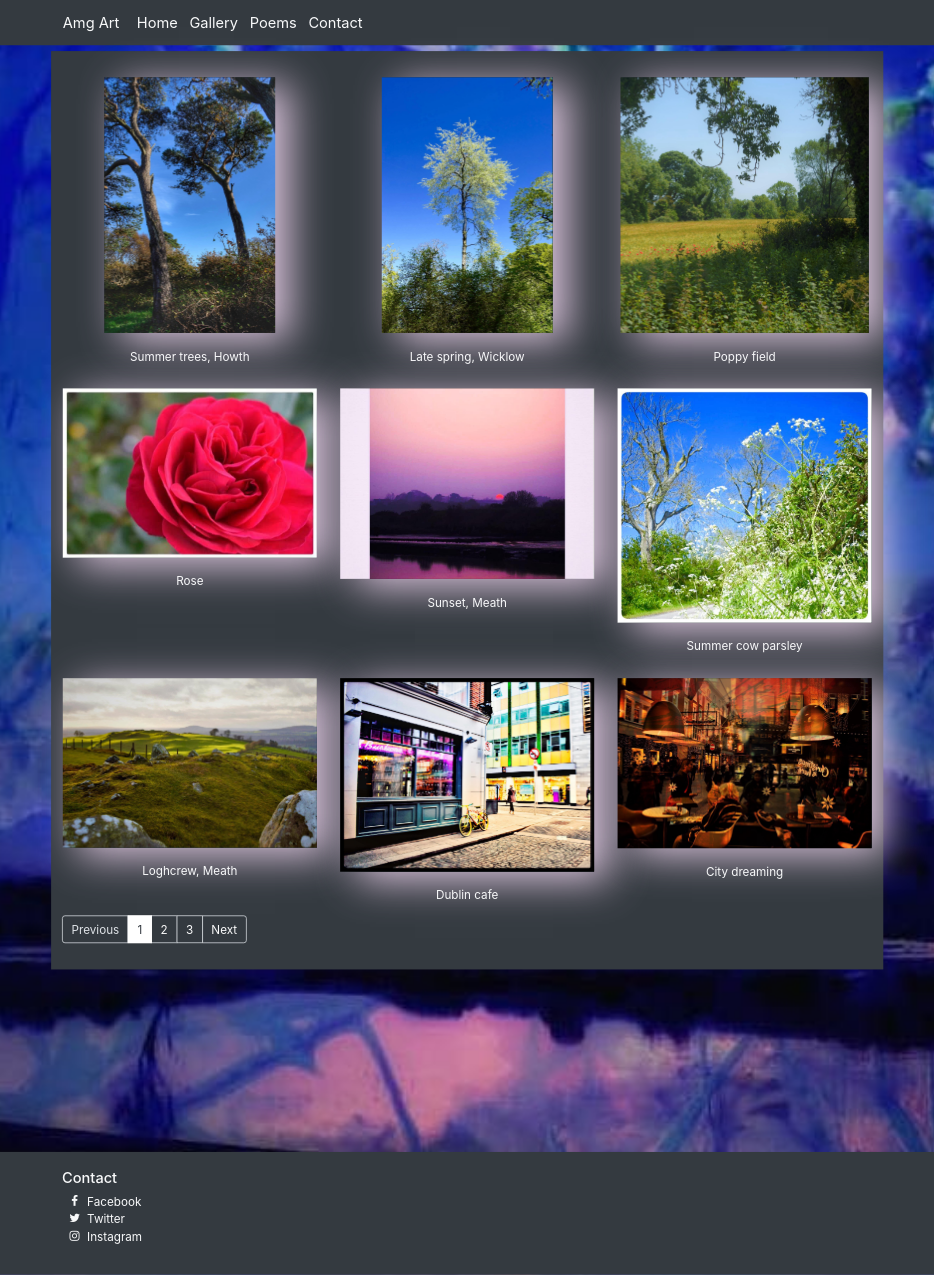
Repository: AllenGleeson/AmgArtGallery
Page: gallery1.html
The author's editor kept a record of every edit. The page is drawn from the files as they stood at one moment, then again after the next edit.
The browser window is 1280 px wide. The pictures show the whole page, at 73% of full size.

Above is the page before.

### gallery1.html
<!DOCTYPE html>
<html>

<head>
    <meta charset="UTF-8">
    <meta name="viewport" content="width=device-width, initial-scale=1.0">
    <meta http-equiv="X-UA-Compatible" content="ie=edge">
    <link rel="stylesheet" href="https://stackpath.bootstrapcdn.com/bootstrap/4.3.1/css/bootstrap.min.css" type="text/css" />
    <link rel="stylesheet" href="https://stackpath.bootstrapcdn.com/font-awesome/4.7.0/css/font-awesome.min.css" type="text/css" />
    <link rel="stylesheet" href="assets/css/style.css" type="text/css" />
</head>

<body>
    <header class="bg-dark mb-2">
        <nav class="navbar navbar-expand-sm navbar-light container">
            <a class="navbar-brand text-light" href="./index.html">Amg Art</a>
            <button class="navbar-toggler" type="button" data-toggle="collapse" data-target="#navbarNavAltMarkup" aria-controls="navbarNavAltMarkup" aria-expanded="false" aria-label="Toggle navigation">
                <span class="navbar-toggler-icon"></span>
            </button>
            <div class="collapse navbar-collapse" id="navbarNavAltMarkup">
                <div class="navbar-nav">
                    <a class="nav-item nav-link text-light" href="./index.html">Home</a>
                    <a class="nav-item nav-link text-light" href="./gallery1.html">Gallery</a>
                    <a class="nav-item nav-link text-light" href="./poems.html">Poems</a>
                    <a class="nav-item nav-link text-light active" href="./contact.html">Contact <span class="sr-only">(current)</span></a>
                </div>
            </div>
        </nav>
    </header>

    <section class="container bg-dark">

        <div class="row">
            <div class="col-sm-4 p-3 text-center" data-toggle="modal" data-target="#image-01">
                <img src="assets/images/summertreeshowth.jpg" class="galleryImage"></img>
                <div class="text-center text-light">Summer trees, Howth</div>
            </div>
            <div class="col-sm-4 p-3 text-center" data-toggle="modal" data-target="#image-02">
                <img src="assets/images/latespringwicklow.jpg" class="galleryImage"></img>
                <div class="text-center text-light">Late spring, Wicklow</div>
            </div>
            <div class="col-sm-4 p-3 text-center" data-toggle="modal" data-target="#image-03">
                <img src="assets/images/poppyfield.jpg" class="galleryImage"></img>
                <div class="text-center text-light">Poppy field</div>
            </div>
            <div class="col-sm-4 p-3 text-center" data-toggle="modal" data-target="#image-04">
                <img src="assets/images/rose.jpg" class="galleryImage"></img>
                <div class="text-center text-light">Rose</div>
            </div>
            <div class="col-sm-4 p-3 text-center" data-toggle="modal" data-target="#image-05">
                <img src="assets/images/sunsetmeath.jpg" class="galleryImage"></img>
                <div class="text-center text-light">Sunset, Meath</div>
            </div>
            <div class="col-sm-4 p-3 text-center" data-toggle="modal" data-target="#image-06">
                <img src="assets/images/summercowparsley.jpg" class="galleryImage"></img>
                <div class="text-center text-light">Summer cow parsley</div>
            </div>
            <div class="col-sm-4 p-3 text-center" data-toggle="modal" data-target="#image-07">
                <img src="assets/images/loghcrewmeath.jpg" class="galleryImage"></img>
                <div class="text-center text-light">Loghcrew, Meath</div>
            </div>
            <div class="col-sm-4 p-3 text-center" data-toggle="modal" data-target="#image-08">
                <img src="assets/images/dublincafe.jpg" class="galleryImage"></img>
                <div class="text-center text-light">Dublin cafe</div>
            </div>
            <div class="col-sm-4 p-3 text-center" data-toggle="modal" data-target="#image-09">
                <img src="assets/images/citydreaming.jpg" class="galleryImage"></img>
                <div class="text-center text-light">City dreaming</div>
            </div>
        </div>

        <!--  Gallery Page Navigation -->

        <nav aria-label="GalleryNav">
            <ul class="pagination">
                <li class="page-item disabled">
                    <a class="page-link disabled" href="#" tabindex="-1">Previous</a>
                </li>
                <li class="page-item active">
                    <a class="page-link active" href="./gallery1.html">1 <span class="sr-only">(current)</span></a>
                </li>
                <li class="page-item">
                    <a class="page-link" href="./gallery2.html">2</a>
                </li>
                <li class="page-item">
                    <a class="page-link" href="./gallery3.html">3</a>
                </li>
                <li class="page-item">
                    <a class="page-link" href="./gallery2.html">Next</a>
                </li>
            </ul>
        </nav>
    </section>


    <footer class="p-4 bg-dark text-light">
        <div class="container">
            <div class="row">
                <div class="col-sm-6">
                    <h5>Contact</h5>

                    <ul class="fa-ul">
                        <li><a href="www.facebook.com/amgasdsd" class="text-light"><i class="fa-li fa fa-facebook"></i><span>Facebook</span></a></li>
                        <li><a href="www.twitter.com/amgasdsd" class="text-light"><i class="fa-li fa fa-twitter"></i><span>Twitter</span></a></li>
                        <li><a href="www.instagram.com/amgasdsd" class="text-light"><i class="fa-li fa fa-instagram"></i><span>Instagram</span></a></li>
                    </ul>
                </div>
            </div>
        </div>
    </footer>

    <!-- Modals for Images -->

    <div class="modal fade" id="image-01" tabindex="-1" role="dialog" aria-labelledby="exampleModalLabel" aria-hidden="true">
        <div class="modal-dialog modal-dialog-centered" role="image">
            <div class="modal-content">
                <div class="modal-body">
                    <img src="assets/images/summertreeshowth.jpg" class="mw-100"></img>
                    <div class="text-center">Summer trees, Howth</div>
                </div>
            </div>
        </div>
    </div>

    <div class="modal fade" id="image-02" tabindex="-1" role="dialog" aria-labelledby="exampleModalLabel" aria-hidden="true">
        <div class="modal-dialog modal-dialog-centered" role="image">
            <div class="modal-content">
                <div class="modal-body">
                    <img src="assets/images/latespringwicklow.jpg" class="mw-100"></img>
                    <div class="text-center">Late spring, Wicklow</div>
                </div>
            </div>
        </div>
    </div>

    <div class="modal fade" id="image-03" tabindex="-1" role="dialog" aria-labelledby="exampleModalLabel" aria-hidden="true">
        <div class="modal-dialog modal-dialog-centered" role="image">
            <div class="modal-content">
                <div class="modal-body">
                    <img src="assets/images/poppyfield.jpg" class="mw-100"></img>
                    <div class="text-center">Poppy field</div>
                </div>
            </div>
        </div>
    </div>

    <div class="modal fade" id="image-04" tabindex="-1" role="dialog" aria-labelledby="exampleModalLabel" aria-hidden="true">
        <div class="modal-dialog modal-dialog-centered" role="image">
            <div class="modal-content">
                <div class="modal-body">
                    <img src="assets/images/rose.jpg" class="mw-100"></img>
                    <div class="text-center">Rose</div>
                </div>
            </div>
        </div>
    </div>

    <div class="modal fade" id="image-05" tabindex="-1" role="dialog" aria-labelledby="exampleModalLabel" aria-hidden="true">
        <div class="modal-dialog modal-dialog-centered" role="image">
            <div class="modal-content">
                <div class="modal-body">
                    <img src="assets/images/sunsetmeath.jpg" class="mw-100"></img>
                    <div class="text-center">Sunset, Meath</div>
                </div>
            </div>
        </div>
    </div>

    <div class="modal fade" id="image-06" tabindex="-1" role="dialog" aria-labelledby="exampleModalLabel" aria-hidden="true">
        <div class="modal-dialog modal-dialog-centered" role="image">
            <div class="modal-content">
                <div class="modal-body">
                    <img src="assets/images/summercowparsley.jpg" class="mw-100"></img>
                    <div class="text-center">Summer cow parsley</div>
                </div>
            </div>
        </div>
    </div>

    <div class="modal fade" id="image-07" tabindex="-1" role="dialog" aria-labelledby="exampleModalLabel" aria-hidden="true">
        <div class="modal-dialog modal-dialog-centered" role="image">
            <div class="modal-content">
                <div class="modal-body">
                    <img src="assets/images/loghcrewmeath.jpg" class="mw-100"></img>
                    <div class="text-center">Loghcrew, Meath</div>
                </div>
            </div>
        </div>
    </div>

    <div class="modal fade" id="image-08" tabindex="-1" role="dialog" aria-labelledby="exampleModalLabel" aria-hidden="true">
        <div class="modal-dialog modal-dialog-centered" role="image">
            <div class="modal-content">
                <div class="modal-body">
                    <img src="assets/images/dublincafe.jpg" class="mw-100"></img>
                    <div class="text-center">Dublin cafe</div>
                </div>
            </div>
        </div>
    </div>

    <div class="modal fade" id="image-09" tabindex="-1" role="dialog" aria-labelledby="exampleModalLabel" aria-hidden="true">
        <div class="modal-dialog modal-dialog-centered" role="image">
            <div class="modal-content">
                <div class="modal-body">
                    <img src="assets/images/citydreaming.jpg" class="mw-100"></img>
                    <div class="text-center">City dreaming</div>
                </div>
            </div>
        </div>
    </div>

    <script src="https://code.jquery.com/jquery-3.3.1.slim.min.js" integrity="sha384-q8i/X+965DzO0rT7abK41JStQIAqVgRVzpbzo5smXKp4YfRvH+8abtTE1Pi6jizo" crossorigin="anonymous"></script>
    <script src="https://cdnjs.cloudflare.com/ajax/libs/popper.js/1.14.7/umd/popper.min.js" integrity="sha384-UO2eT0CpHqdSJQ6hJty5KVphtPhzWj9WO1clHTMGa3JDZwrnQq4sF86dIHNDz0W1" crossorigin="anonymous"></script>
    <script src="https://stackpath.bootstrapcdn.com/bootstrap/4.3.1/js/bootstrap.min.js" integrity="sha384-JjSmVgyd0p3pXB1rRibZUAYoIIy6OrQ6VrjIEaFf/nJGzIxFDsf4x0xIM+B07jRM" crossorigin="anonymous"></script>
</body>

</html>

### assets/css/style.css
section {
    display: block;
    width: 1800px;
    padding: 20px;
}

/*------------------------------------------------Color*/

.contentColor {
    background-color: #6A5ACD;
}

/*------------------------------------------------Nav Bar*/

.navbar-toggler {
    background-color: #fafafa;
}

.navbar-nav {
    font-size: 20px;
}

body {
    background-image: url("../images/bluescape.jpg");
    background-size: cover;
    background-repeat: no-repeat;
    background-position: center center;
}


/*------------------------------------------------Home Page*/

#FeaturedImages {
    border: 1px solid black;
    border-color: #fafafa;
    max-height: 700px;
    margin-left: auto;
    margin-right: auto;
    width: fit-content;
}

.carousel-item img {
    max-height: 700px;
}

@media only screen and (max-width: 768px) {
    .carousel-item img {
        max-height: 300px;
        max-width: 300px;
    }
}

/*------------------------------------------------Gallery Page*/

.galleryImage {
    max-height: 350px;
    max-width: 100%;
    margin-bottom: 20px;
    -webkit-box-shadow: 21px 11px 53px 0px rgba(235, 209, 235, 0.92);
    -moz-box-shadow: 21px 11px 53px 0px rgba(235, 209, 235, 0.92);
    box-shadow: 21px 11px 53px 0px rgba(235, 209, 235, 0.92);
}

@media only screen and (max-width: 768px) {
    .galleryImage {
        max-height: none;
    }
}

.page-item.disabled .page-link {
    color: #dee2e6;
    pointer-events: none;
    cursor: auto;
    background-color: #343a40;
}

.page-item.active .page-link {
    z-index: 1;
    color: #343a40;
    background-color: #fff;
    border-color: #fff;
}

.page-link {
    position: relative;
    display: block;
    padding: .5rem .75rem;
    margin-left: -1px;
    line-height: 1.25;
    color: #fafafa;
    background-color: #343a40;
    border: 1px solid #dee2e6;
}

/*------------------------------------------------Poems*/

.poems {
    max-width: 100%;
    -webkit-box-shadow: 21px 11px 53px 0px rgba(235, 209, 235, 0.92);
    -moz-box-shadow: 21px 11px 53px 0px rgba(235, 209, 235, 0.92);
    box-shadow: 21px 11px 53px 0px rgba(235, 209, 235, 0.92);
    padding: 0;
    border: none;
}

/*------------------------------------------------Contact*/

.aboutmeContainer {
    -webkit-box-shadow: 21px 11px 53px 0px rgba(235, 209, 235, 0.92);
    -moz-box-shadow: 21px 11px 53px 0px rgba(235, 209, 235, 0.92);
    box-shadow: 21px 11px 53px 0px rgba(235, 209, 235, 0.92);
    margin-bottom: 90px;
}

#aboutmeBio {
    font-size: 22px;
    font-family: Noto Sans, "san-serif";
    color: #fafafa;
}

#aboutImage {
    max-height: 350px;
    max-width: 100%;
    margin-bottom: 20px;
    -webkit-box-shadow: 21px 11px 53px 0px rgba(235, 209, 235, 0.92);
    -moz-box-shadow: 21px 11px 53px 0px rgba(235, 209, 235, 0.92);
    box-shadow: 21px 11px 53px 0px rgba(235, 209, 235, 0.92);
}

@media only screen and (max-width: 768px) {
    #aboutImage {
        max-height: none;
    }
}

/*------------------------------------------------Footer*/

footer {
    bottom: 0;
    width: 100%;
    white-space: nowrap;
    /* Set the fixed height of the footer here */
    margin: 0;
    margin-top: 250px;
}

@media only screen and (max-width: 500px) {
    footer {
        margin-top: 20px;
    }
}

#footer-icon {
    max-width: 150px;
}

After the next edit:
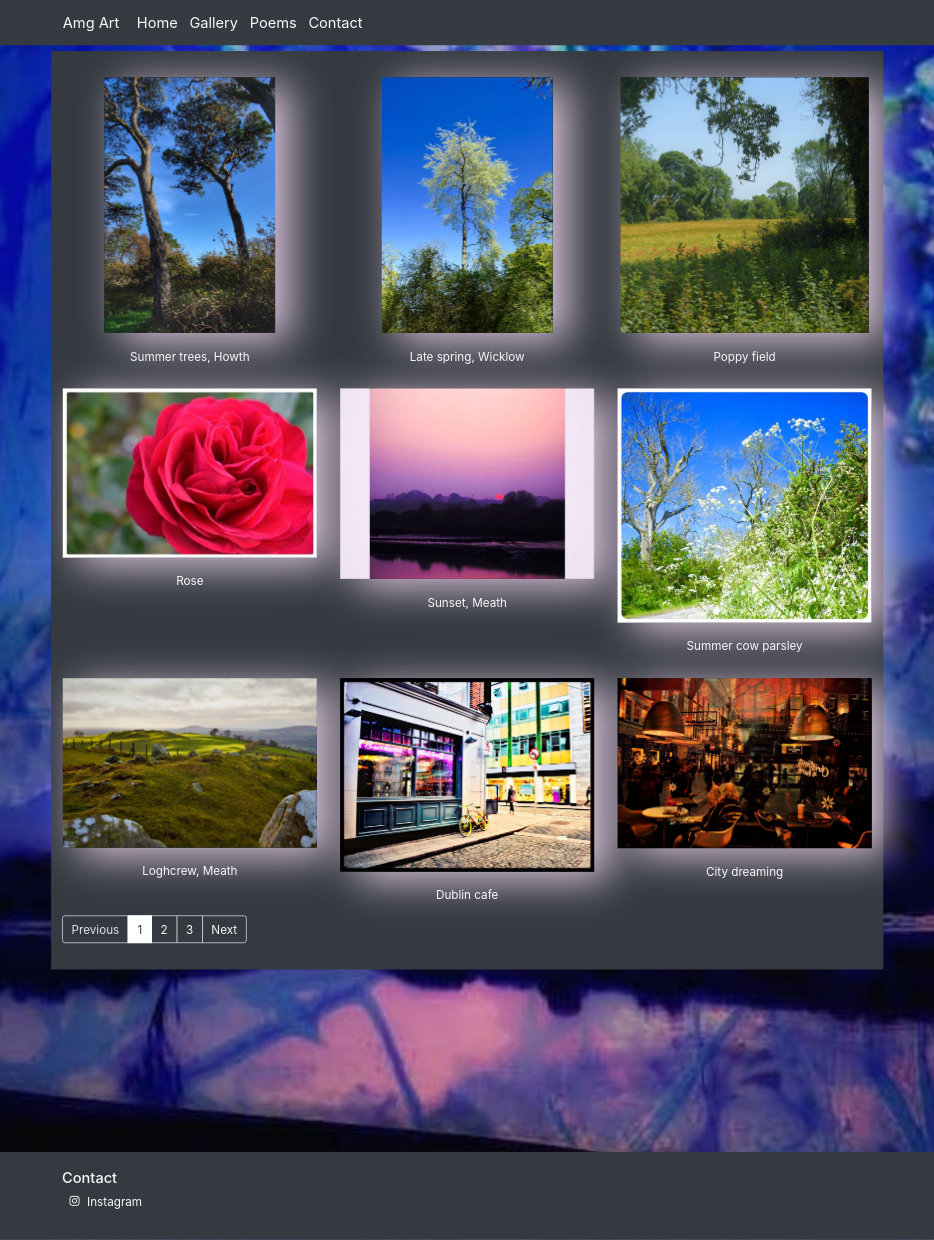
The edit:
--- a/gallery1.html
+++ b/gallery1.html
@@ -100,9 +100,7 @@
                     <h5>Contact</h5>
 
                     <ul class="fa-ul">
-                        <li><a href="www.facebook.com/amgasdsd" class="text-light"><i class="fa-li fa fa-facebook"></i><span>Facebook</span></a></li>
-                        <li><a href="www.twitter.com/amgasdsd" class="text-light"><i class="fa-li fa fa-twitter"></i><span>Twitter</span></a></li>
-                        <li><a href="www.instagram.com/amgasdsd" class="text-light"><i class="fa-li fa fa-instagram"></i><span>Instagram</span></a></li>
+                        <li><a href="https://www.instagram.com/annahlinn.art.photography/" class="text-light"><i class="fa-li fa fa-instagram"></i><span>Instagram</span></a></li>
                     </ul>
                 </div>
             </div>
